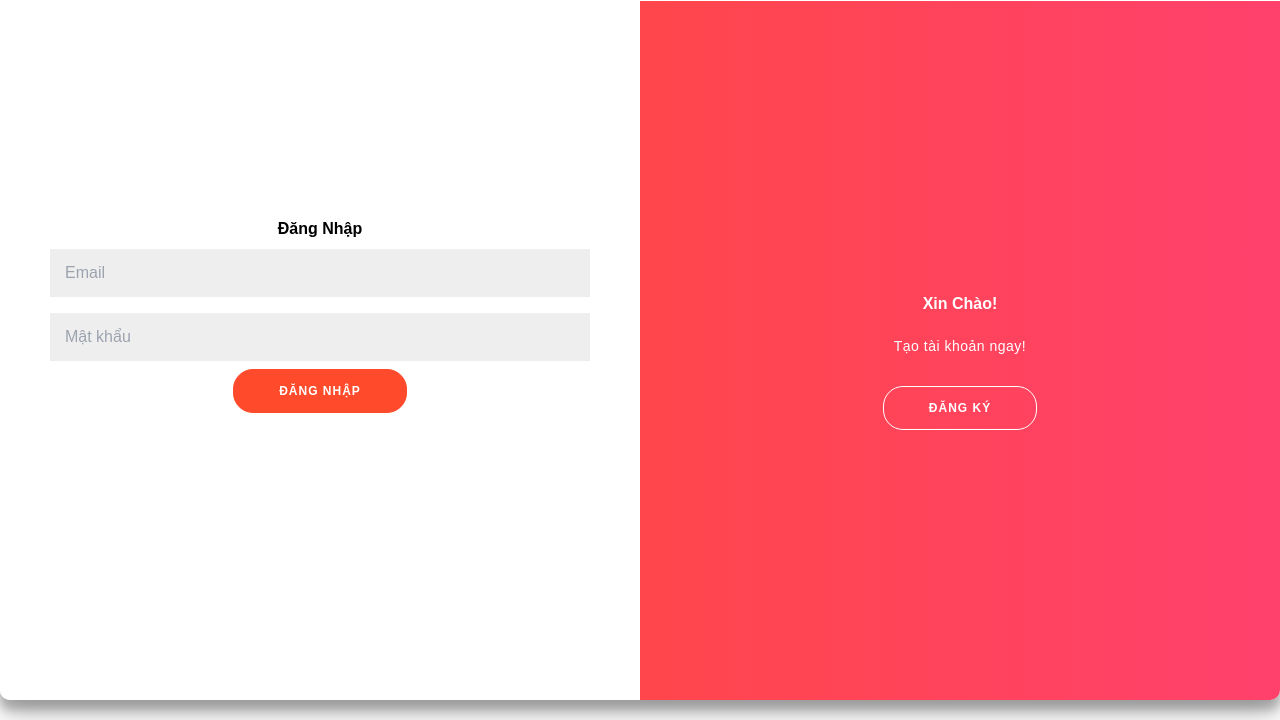
Repository: BlackWolf2002/project_airbn_react
Page: /
These files come from the project's save history. The page is drawn as it stood at one moment and after a run of saves; the edit follows.
The browser window is 1280 px wide. The pictures show the whole page.
The page's requests for data from a server got no answer. The project was rebuilt for these pictures with package versions that can differ from the ones it lists, and the page was loaded fresh each time. No one was signed in, and anything a server would have sent is missing. Also part of the build but not shown: vite.config.js, src/style/Home.css. Imported but missing from the stored project, and not drawn on this page: src/components/Register.

Above is the page before, as saved 2025-02-05 01:27:08.

### src/App.jsx
// import React from 'react';
// import { Header } from './Header';
// import Card from './Card';
// import ViTriView from './models/vitriview';

// function App() {
//   const viTri = new ViTriView(1, 'Sài Gòn (TP.HCM)', 'Hồ Chí Minh', 'Việt Nam', 'https://vietnambooking.com/wp-content/uploads/2017/01/du-lich-sai-gon-1.jpg');

//   return (
//     <>
//       <div>
//         <Header />
//         <div>
//           <Card viTri={viTri} />
//         </div>
//       </div>
//     </>
//   );
// }

// export default App;

import React from "react";
import { AuthProvider } from "./contexts/AuthContext";
import Login from "./components/Login";

function App() {
    return (
        <AuthProvider>
            <Login />
        </AuthProvider>
    );
}

export default App;

### src/contexts/AuthContext.jsx
import React, { createContext, useState } from "react";

export const AuthContext = createContext();

export const AuthProvider = ({ children }) => {
    const [user, setUser] = useState(null);

    const loginUser = (userData) => {
        setUser(userData);
        localStorage.setItem("user", JSON.stringify(userData));
    };

    const logoutUser = () => {
        setUser(null);
        localStorage.removeItem("user");
    };

    return (
        <AuthContext.Provider value={{ user, loginUser, logoutUser }}>
            {children}
        </AuthContext.Provider>
    );
};

### src/components/Login.jsx
import React, { useState } from "react";
import { login, register } from "../api/authService";
import "../style/Login.css";

const Login = () => {
    const [formData, setFormData] = useState({
        email: "",
        password: "",
        name: "",
        phone: "",
        birthday: "",
        gender: true,
    });
    const [isLogin, setIsLogin] = useState(true); // Trạng thái form đăng nhập
    const [message, setMessage] = useState("");

    const handleChange = (e) => {
        setFormData({ ...formData, [e.target.name]: e.target.value });
    };

    const handleSubmit = async (e) => {
        e.preventDefault();
        try {
            if (isLogin) {
                const data = await login(formData.email, formData.password);
                localStorage.setItem("token", data.token);
                setMessage("Đăng nhập thành công!");
            } else {
                const response = await register(formData);
                console.log("Response từ API:", response);
                setMessage("Đăng ký thành công! Hãy đăng nhập.");
                setIsLogin(true);
            }
        } catch (error) {
            console.error("Lỗi API:", error);
            setMessage(error.message || "Có lỗi xảy ra!");
        }
    };

    return (
        <div className="container-login">
            <div
                className={`form-container ${
                    isLogin ? "sign-in-container" : "sign-up-container"
                }`}
            >
                <form onSubmit={handleSubmit}>
                    <h1>{isLogin ? "Đăng Nhập" : "Đăng Ký"}</h1>
                    {!isLogin && (
                        <>
                            <input
                                type="text"
                                name="name"
                                placeholder="Tên"
                                onChange={handleChange}
                                required
                            />
                            <input
                                type="text"
                                name="phone"
                                placeholder="Số điện thoại"
                                onChange={handleChange}
                                required
                            />
                            <input
                                type="date"
                                name="birthday"
                                onChange={handleChange}
                                required
                            />
                            <select name="gender" onChange={handleChange}>
                                <option value={true}>Nam</option>
                                <option value={false}>Nữ</option>
                            </select>
                        </>
                    )}
                    <input
                        type="email"
                        name="email"
                        placeholder="Email"
                        onChange={handleChange}
                        required
                    />
                    <input
                        type="password"
                        name="password"
                        placeholder="Mật khẩu"
                        onChange={handleChange}
                        required
                    />
                    <button type="submit">
                        {isLogin ? "Đăng Nhập" : "Đăng Ký"}
                    </button>
                    <p className="message">{message}</p>
                </form>
            </div>

            <div className="overlay-container">
                <div className="overlay">
                    <div className="overlay-panel overlay-left">
                        <h1>Chào Mừng Trở Lại!</h1>
                        <p>Để tiếp tục, hãy đăng nhập</p>
                        <button
                            className="ghost"
                            onClick={() => setIsLogin(true)}
                        >
                            Đăng Nhập
                        </button>
                    </div>
                    <div className="overlay-panel overlay-right">
                        <h1>Xin Chào!</h1>
                        <p>Tạo tài khoản ngay!</p>
                        <button
                            className="ghost"
                            onClick={() => setIsLogin(false)}
                        >
                            Đăng Ký
                        </button>
                    </div>
                </div>
            </div>
        </div>
    );
};

export default Login;

### src/api/authService.js
import axios from "axios";

const API_URL = "https://airbnbnew.cybersoft.edu.vn/api/auth";

// Đăng nhập
export const login = async (email, password) => {
    try {
        const response = await axios.post(
            `${API_URL}/signin`,
            { email, password },
            {
                headers: {
                    "Content-Type": "application/json",
                    TokenCybersoft:
                        "eyJhbGciOiJIUzI1NiIsInR5cCI6IkpXVCJ9.eyJ0ZW5Mb3AiOiJOb2RlanMgNDgiLCJIZXRIYW5TdHJpbmciOiIxNi8wOC8yMDI1IiwiSGV0SGFuVGltZSI6IjE3NTUzMDI0MDAwMDAiLCJuYmYiOjE3MzU5MjM2MDAsImV4cCI6MTc1NTQ1MDAwMH0.qhz1imNFTn5VsERO5GZAfbkm944w0Vguuy5WQFo_d0Y",
                },
            }
        );
        return response.data;
    } catch (error) {
        throw error.response ? error.response.data : error;
    }
};

// Đăng ký
export const register = async (userData) => {
    try {
        const response = await axios.post(`${API_URL}/signup`, userData, {
            headers: {
                "Content-Type": "application/json",
                TokenCybersoft:
                    "eyJhbGciOiJIUzI1NiIsInR5cCI6IkpXVCJ9.eyJ0ZW5Mb3AiOiJOb2RlanMgNDgiLCJIZXRIYW5TdHJpbmciOiIxNi8wOC8yMDI1IiwiSGV0SGFuVGltZSI6IjE3NTUzMDI0MDAwMDAiLCJuYmYiOjE3MzU5MjM2MDAsImV4cCI6MTc1NTQ1MDAwMH0.qhz1imNFTn5VsERO5GZAfbkm944w0Vguuy5WQFo_d0Y",
            },
        });
        return response.data;
    } catch (error) {
        throw error.response ? error.response.data : error;
    }
};

### src/style/Login.css
.container-login {
    background-color: #fff;
    border-radius: 10px;
    box-shadow: 0 14px 28px rgba(0, 0, 0, 0.25), 0 10px 10px rgba(0, 0, 0, 0.22);
    position: relative;
    overflow: hidden;
    max-width: 100%;
    min-height: 480px;
    font-family: "Montserrat", sans-serif;
    height: 100vh;
    margin: -20px 0;
}

.container-login h1 {
    font-weight: bold;
    margin: 0;
}

.container-login p {
    font-size: 14px;
    font-weight: 100;
    line-height: 20px;
    letter-spacing: 0.5px;
    margin: 20px 0 30px;
}

.container-login a {
    color: #333;
    font-size: 14px;
    text-decoration: none;
    margin: 15px 0;
}

.container-login button {
    border-radius: 20px;
    border: 1px solid #ff4b2b;
    background-color: #ff4b2b;
    color: #ffffff;
    font-size: 12px;
    font-weight: bold;
    padding: 12px 45px;
    letter-spacing: 1px;
    text-transform: uppercase;
    transition: transform 80ms ease-in;
}

.container-login button:active {
    transform: scale(0.95);
}

.container-login button:focus {
    outline: none;
}

.container-login button.ghost {
    background-color: transparent;
    border-color: #ffffff;
}

.container-login form {
    background-color: #ffffff;
    display: flex;
    align-items: center;
    justify-content: center;
    flex-direction: column;
    padding: 0 50px;
    height: 100%;
    text-align: center;
}

.container-login input {
    background-color: #eee;
    border: none;
    padding: 12px 15px;
    margin: 8px 0;
    width: 100%;
}

.container-login .form-container {
    position: absolute;
    top: 0;
    height: 100%;
    transition: all 0.6s ease-in-out;
}

.sign-in-container {
    left: 0;
    width: 50%;
    z-index: 2;
}

.container-login.right-panel-active .sign-in-container {
    transform: translateX(100%);
}

.sign-up-container {
    left: 0;
    width: 50%;
    /* opacity: 0; */
    /* z-index: 1; */
    opacity: 1; /* Đảm bảo opacity luôn là 1 */
    z-index: 1;
    transition: transform 0.6s ease-in-out; /* Chuyển động mượt mà */
}

.container-login.right-panel-active .sign-up-container {
    transform: translateX(100%);
    opacity: 1;
    z-index: 5;
    /* animation: show 0.6s; */
}

@keyframes show {
    0%,
    49.99% {
        opacity: 0;
        z-index: 1;
    }

    50%,
    100% {
        opacity: 1;
        z-index: 5;
    }
}

.overlay-container {
    position: absolute;
    top: 21px;
    left: 50%;
    width: 50%;
    height: 100%;
    overflow: hidden;
    transition: transform 0.6s ease-in-out;
    z-index: 100;
}

.container-login.right-panel-active .overlay-container {
    transform: translateX(-100%);
}

.overlay {
    background: #ff416c;
    background: -webkit-linear-gradient(to right, #ff4b2b, #ff416c);
    background: linear-gradient(to right, #ff4b2b, #ff416c);
    background-repeat: no-repeat;
    background-size: cover;
    background-position: 0 0;
    color: #ffffff;
    position: relative;
    left: -100%;
    height: 100%;
    width: 200%;
    transform: translateX(0);
    transition: transform 0.6s ease-in-out;
}

.container-login.right-panel-active .overlay {
    transform: translateX(50%);
}

.overlay-panel {
    position: absolute;
    display: flex;
    align-items: center;
    justify-content: center;
    flex-direction: column;
    padding: 0 40px;
    text-align: center;
    top: 0;
    height: 100%;
    width: 50%;
    transform: translateX(0);
    transition: transform 0.6s ease-in-out;
}

.overlay-left {
    transform: translateX(-20%);
}

.container-login.right-panel-active .overlay-left {
    transform: translateX(0);
}

.overlay-right {
    right: 0;
    transform: translateX(0);
}

.container-login.right-panel-active .overlay-right {
    transform: translateX(20%);
}

.container-login .social-container {
    margin: 20px 0;
}

### tailwind.config.js
/** @type {import('tailwindcss').Config} */
export default {
  content: ["./src/**/*.{js,jsx,ts,tsx}"],
  theme: {
      extend: {},
  },
  plugins: [],
};

### src/components/Home.jsx
import React, { useEffect, useState } from "react";
import { getLocations, getRooms } from "../api/apiService";
import Navbar from "./Navbar";
import Footer from "./Footer";

const Home = () => {
    const [locations, setLocations] = useState([]);
    const [rooms, setRooms] = useState([]);

    useEffect(() => {
        const fetchData = async () => {
            const locationData = await getLocations();
            const roomData = await getRooms();
            setLocations(locationData);
            setRooms(roomData);
        };
        fetchData();
    }, []);

    return (
        <div className="home">
            <Navbar />

            {/* Banner */}
            <div className="banner">
                <h1>Nhờ có Host,mọi điều đều có thể</h1>
            </div>

            {/* Danh sách địa điểm */}
            <section className="locations">
                <h2>Khám phá những điểm đến gần đây</h2>
                <div className="location-list">
                    {locations.map((location) => (
                        <div className="location-card" key={location.id}>
                            <img
                                src={location.hinhAnh}
                                alt={location.tenViTri}
                            />
                            <h3>{location.tenViTri}</h3>
                            <p>
                                {location.tinhThanh}, {location.quocGia}
                            </p>
                        </div>
                    ))}
                </div>
            </section>

            {/* Danh sách phòng thuê */}
            <section className="rooms">
                <h2>Ở bất cứ đâu</h2>
                <div className="room-list">
                    {rooms.map((room) => (
                        <div className="room-card" key={room.id}>
                            <img src={room.hinhAnh} alt={room.tenPhong} />
                            <h3>{room.tenPhong}</h3>
                            <p>
                                {room.khach} khách · {room.giuong} giường
                            </p>
                        </div>
                    ))}
                </div>
            </section>

            <Footer />
        </div>
    );
};

export default Home;

### src/api/apiService.js
import axios from "axios";

const BASE_URL = "https://airbnbnew.cybersoft.edu.vn/api";
const TOKEN =
    "eyJhbGciOiJIUzI1NiIsInR5cCI6IkpXVCJ9.eyJ0ZW5Mb3AiOiJOb2RlanMgNDgiLCJIZXRIYW5TdHJpbmciOiIxNi8wOC8yMDI1IiwiSGV0SGFuVGltZSI6IjE3NTUzMDI0MDAwMDAiLCJuYmYiOjE3MzU5MjM2MDAsImV4cCI6MTc1NTQ1MDAwMH0.qhz1imNFTn5VsERO5GZAfbkm944w0Vguuy5WQFo_d0Y";

const api = axios.create({
    baseURL: BASE_URL,
    headers: {
        TokenCybersoft: TOKEN,
        "Content-Type": "application/json",
    },
});

// Lấy danh sách địa điểm
export const getLocations = async () => {
    try {
        const response = await api.get("/vi-tri/phan-trang-tim-kiem");
        return response.data.content.data;
    } catch (error) {
        console.error("Lỗi khi lấy danh sách địa điểm:", error);
        return [];
    }
};

// Lấy danh sách phòng
export const getRooms = async () => {
    try {
        const response = await api.get("/phong-thue/phan-trang-tim-kiem");
        return response.data.content.data;
    } catch (error) {
        console.error("Lỗi khi lấy danh sách phòng:", error);
        return [];
    }
};

### src/components/Navbar.jsx
import React from "react";
import { Link } from "react-router-dom";
import "../style/Home.css";

const Navbar = () => {
    return (
        <nav className="navbar">
            <div className="logo">Airbnb Clone</div>
            <div className="nav-links">
                <Link to="./Login.jsx">Đăng Nhập</Link>
                <Link to="./Login.jsx">Đăng Ký</Link>
            </div>
        </nav>
    );
};

export default Navbar;

### src/components/Footer.jsx
import React from "react";
import "../style/Home.css";

const Footer = () => {
    return (
        <footer className="footer">
            <p>© 2024 Airbnb, Inc. Mọi quyền được bảo lưu.</p>
        </footer>
    );
};

export default Footer;

Loaded but not shown: index.html (common file); src/main.jsx (common file); src/index.css (common file)

After the next 2 saves:
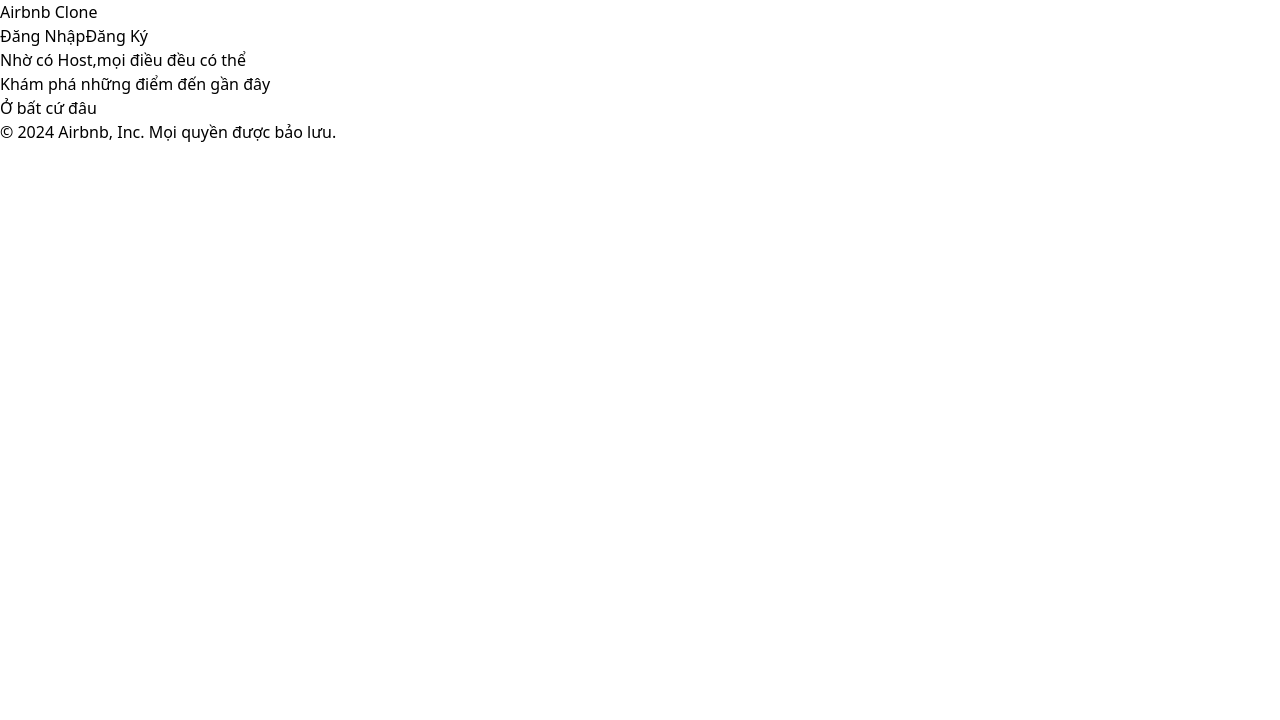
The 2 saves are shown as one change because they came seconds apart.
The last was saved 64 s later.
--- a/src/App.jsx
+++ b/src/App.jsx
@@ -20,15 +20,35 @@
 
 // export default App;
 
+// import React from "react";
+// import { AuthProvider } from "./contexts/AuthContext";
+// import Login from "./components/Login";
+
+// function App() {
+//     return (
+//         <AuthProvider>
+//             <Login />
+//         </AuthProvider>
+//     );
+// }
+
+// export default App;
+
 import React from "react";
-import { AuthProvider } from "./contexts/AuthContext";
+import { BrowserRouter as Router, Route, Routes } from "react-router-dom";
+import Home from "./components/Home";
 import Login from "./components/Login";
+import Register from "./components/Register";
 
 function App() {
     return (
-        <AuthProvider>
-            <Login />
-        </AuthProvider>
+        <Router>
+            <Routes>
+                <Route path="/" element={<Home />} />
+                <Route path="/login" element={<Login />} />
+                <Route path="/register" element={<Register />} />
+            </Routes>
+        </Router>
     );
 }
 
